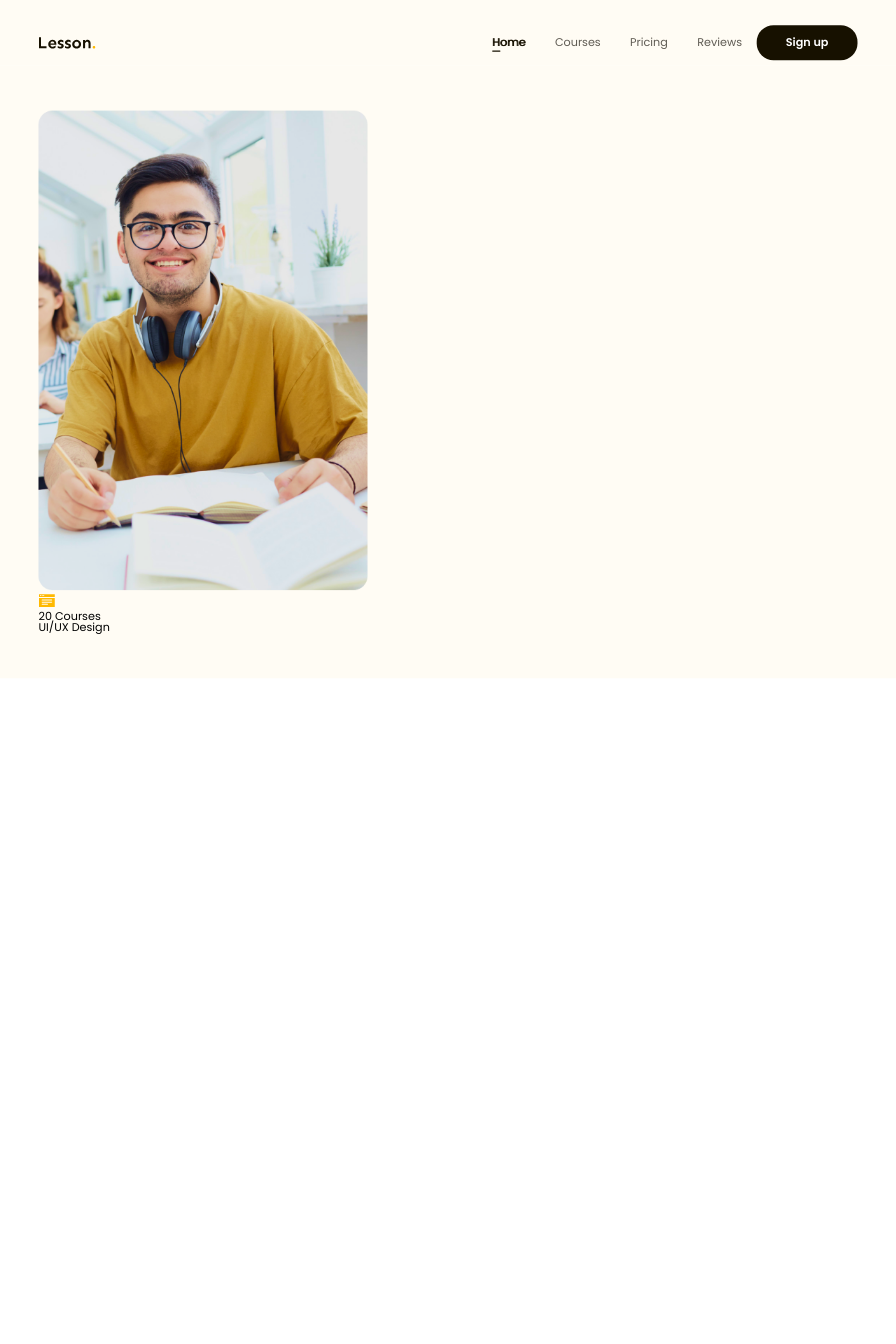
Repository: empty24062002/f8-htmlcss-02
Page: index.html
An editor plug-in stored every save of this project. The page is shown before and after the next save, followed by the edit.
The browser window is 1280 px wide. The pictures show the part of the page from y = 0 to 1920 px (the page is 5094 px tall), at 70% of full size.

Above is the page before, as saved 2023-07-18 08:45:50.

After the next save:
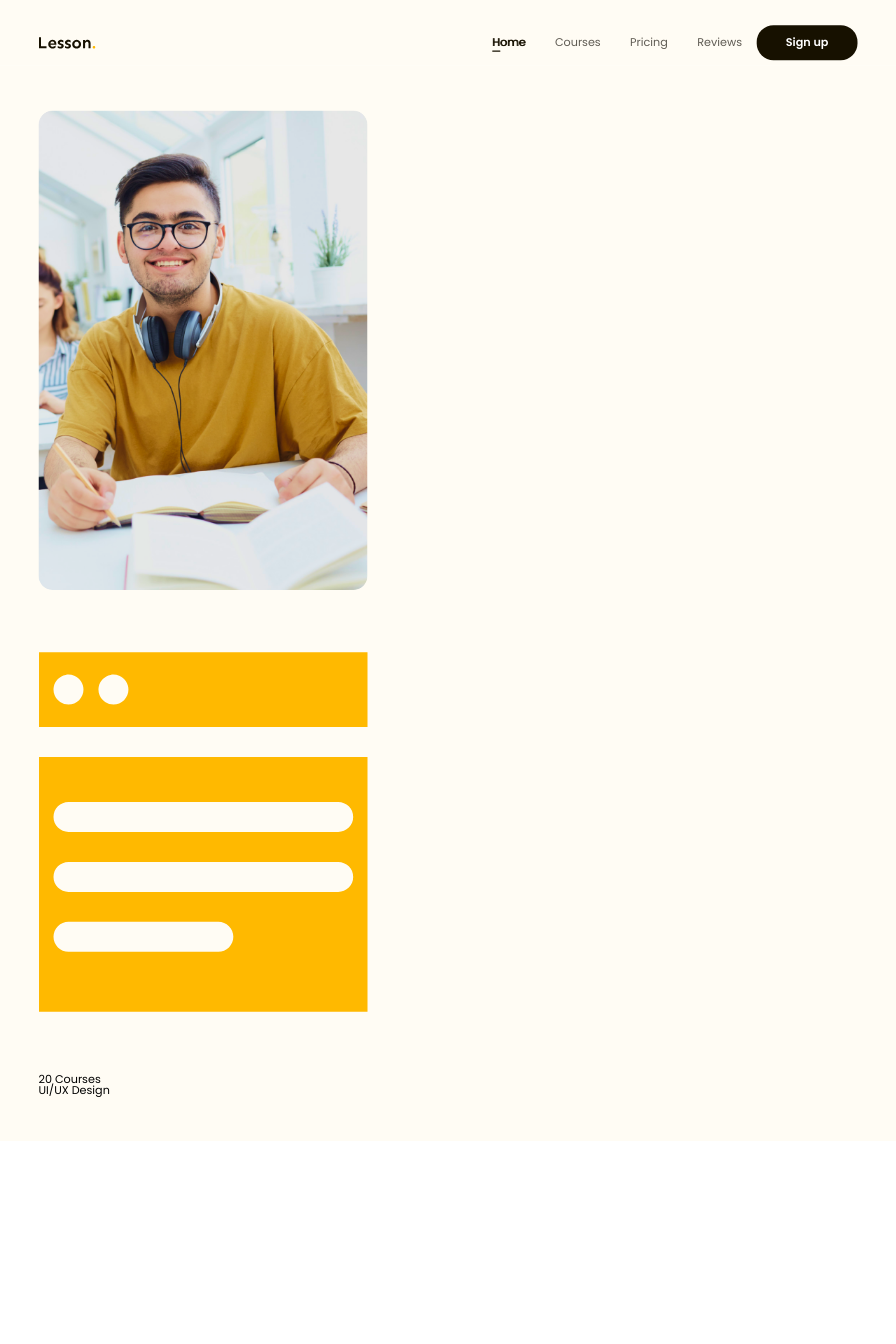
Saved 92 s later.
--- a/assets/css/styles.css
+++ b/assets/css/styles.css
@@ -100,6 +100,9 @@
     background-color: #fffcf4;
 }
 
-.hero .hero-body {
-    display: flex;
+.hero .media-block img {
+    width: 470px;
+    height: 685px;
+    object-fit: cover;
+    border-radius: 20px;
 }

After the save that followed:
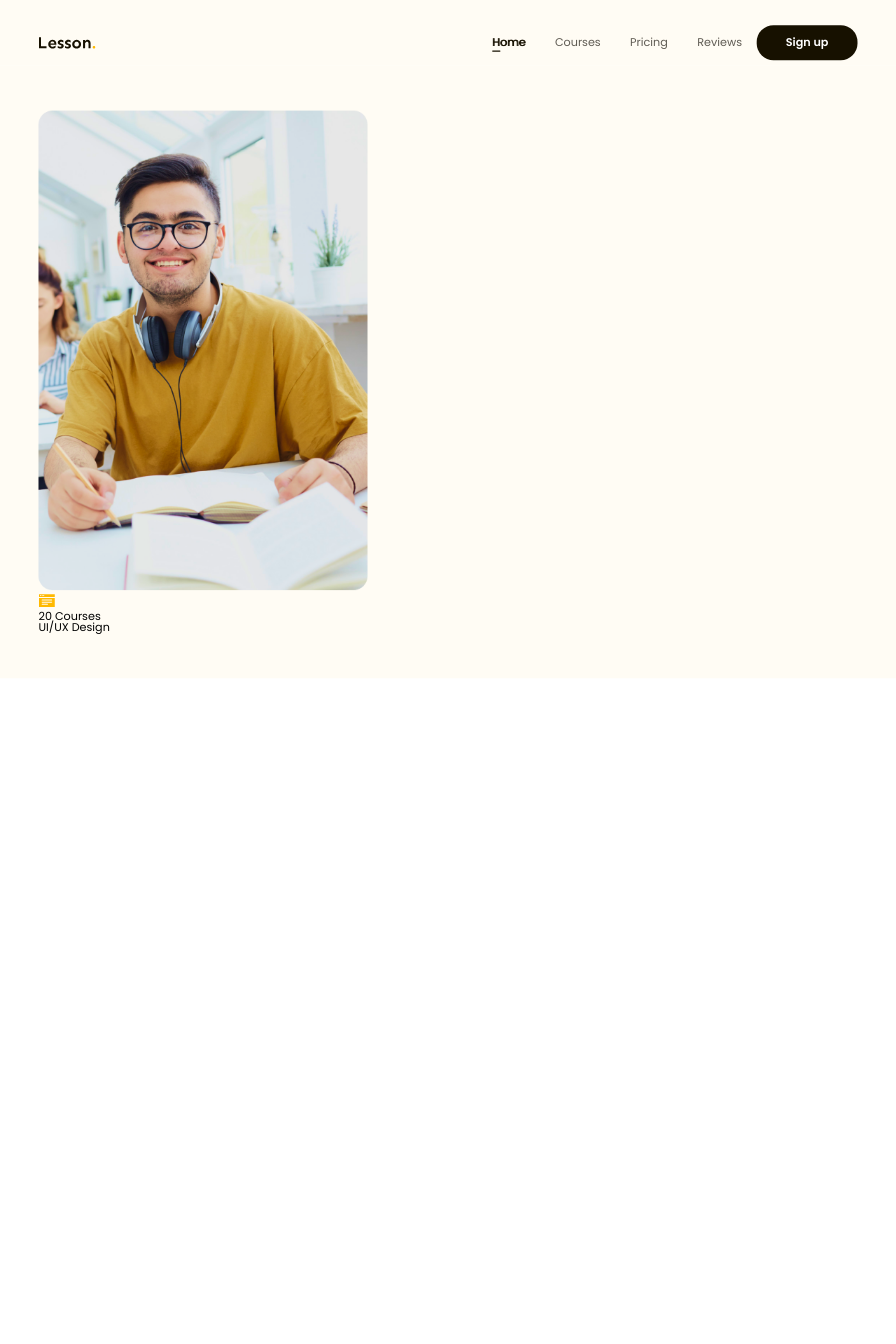
Saved 8 s later.
--- a/assets/css/styles.css
+++ b/assets/css/styles.css
@@ -100,7 +100,7 @@
     background-color: #fffcf4;
 }
 
-.hero .media-block img {
+.hero .media-block .img {
     width: 470px;
     height: 685px;
     object-fit: cover;
